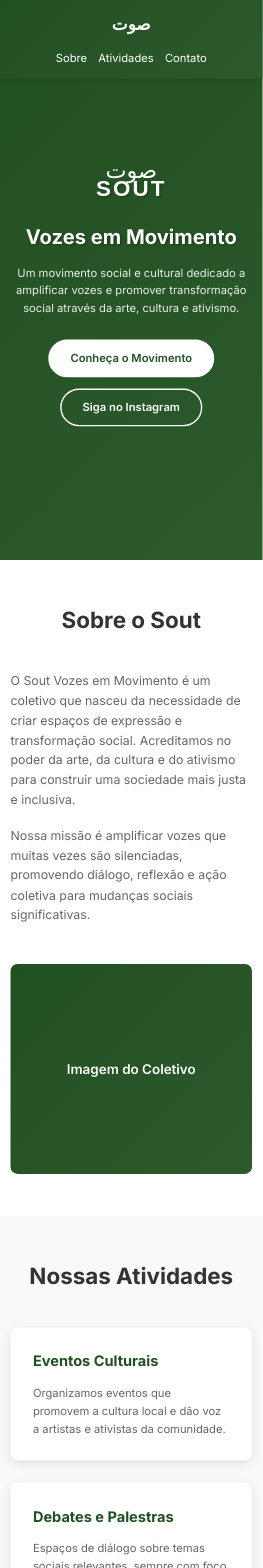
Repository: farukzahra/sout
Page: index.html
An editor plug-in stored every save of this project. The page is shown before and after a run of saves, followed by the edit.
The browser window is 375 px wide. The pictures show the part of the page from y = 0 to 2240 px (the page is 3551 px tall), at 70% of full size.

Above is the page before, as saved 2025-10-02 13:16:14.

After the next 2 saves:
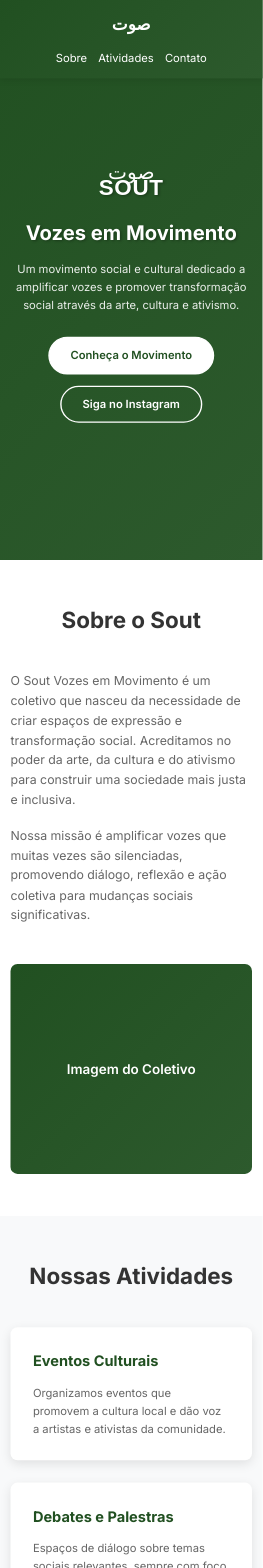
The 2 saves are shown as one change because they came seconds apart.
The last was saved 8 s later.
--- a/style.css
+++ b/style.css
@@ -344,10 +344,15 @@ body {
         gap: 0;
     }
 
-    .hero-logo .logo-text,
+    .hero-logo .logo-text {
+        font-size: 2.2rem;
+        line-height: 0.7;
+    }
+
     .hero-logo .logo-main {
         font-size: 2.5rem;
-        line-height: 0.8;
+        line-height: 0.7;
+        letter-spacing: 2px;
     }
 
     .hero-content h2 {
@@ -383,10 +388,15 @@ body {
         gap: 0;
     }
 
-    .hero-logo .logo-text,
+    .hero-logo .logo-text {
+        font-size: 1.8rem;
+        line-height: 0.7;
+    }
+
     .hero-logo .logo-main {
         font-size: 2rem;
-        line-height: 0.8;
+        line-height: 0.7;
+        letter-spacing: 1px;
     }
 
     .hero-content h2 {
